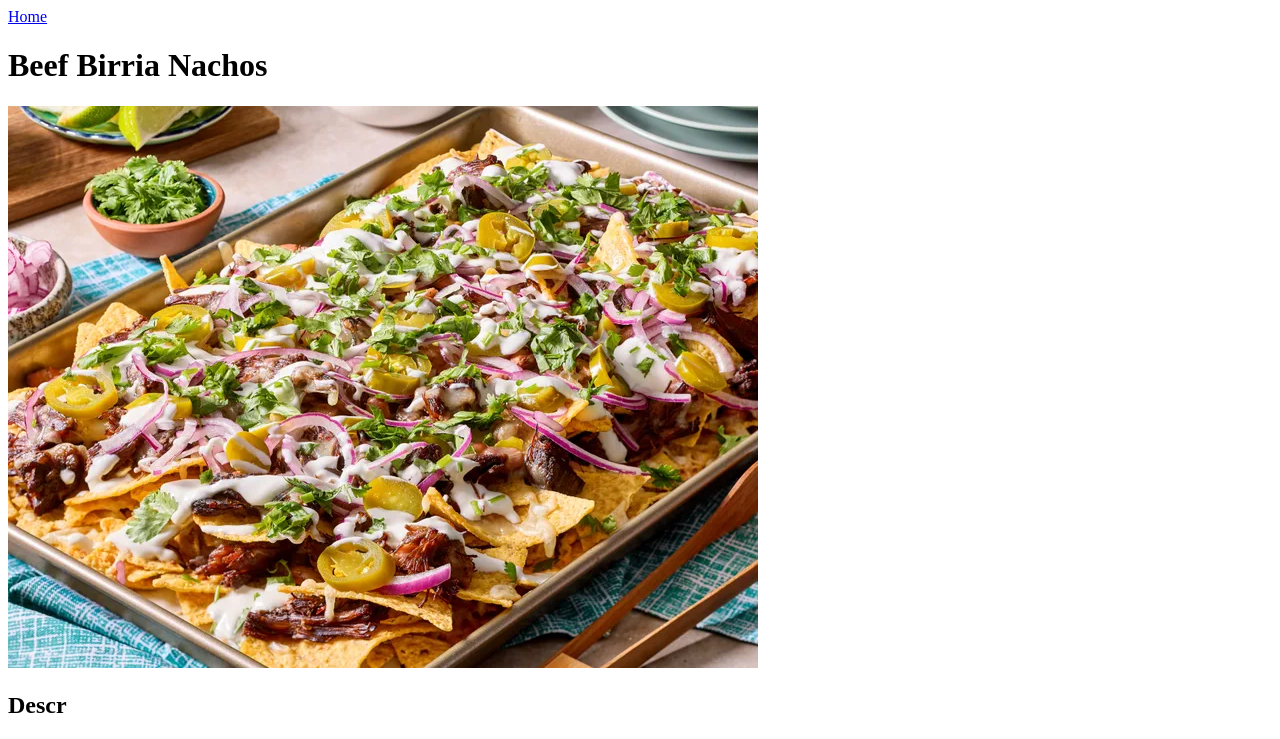
Repository: itsDevAK/odin-recipes
Page: recipes/nachos.html
The author's editor kept a copy of each file at every save. The page is drawn from the files as they stood at one save, then again after a run of saves.
The browser window is 1280 px wide. The pictures show the whole page.

Above is the page before, as saved 2026-09-17 10:19:18.

After the next 2 saves:
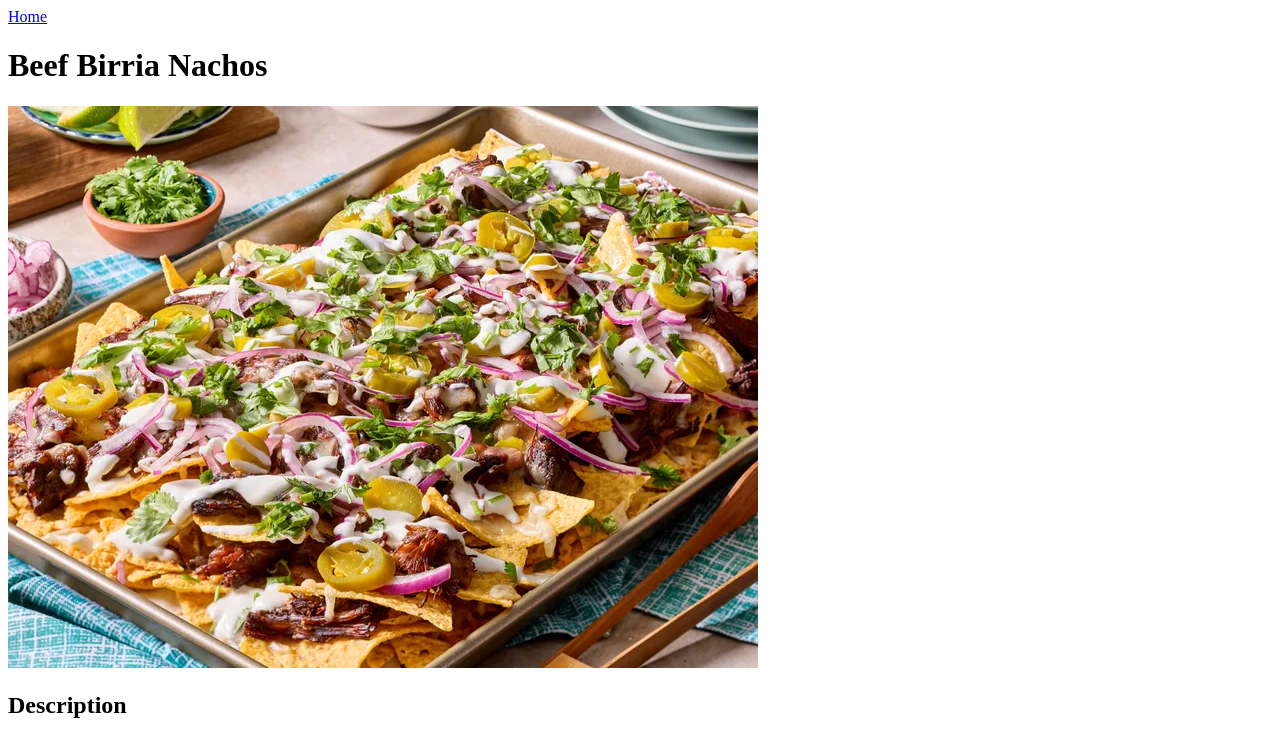
The 2 saves are shown as one change because they came seconds apart.
The last was saved 8 s later.
--- a/recipes/nachos.html
+++ b/recipes/nachos.html
@@ -9,6 +9,7 @@
     <a href="../index.html">Home</a>
     <h1>Beef Birria Nachos</h1>
     <img src="../images/nachos.webp" alt="">
-    <h2>Descr</h2>
+    <h2>Description</h2>
+    <p></p>
 </body>
 </html>
